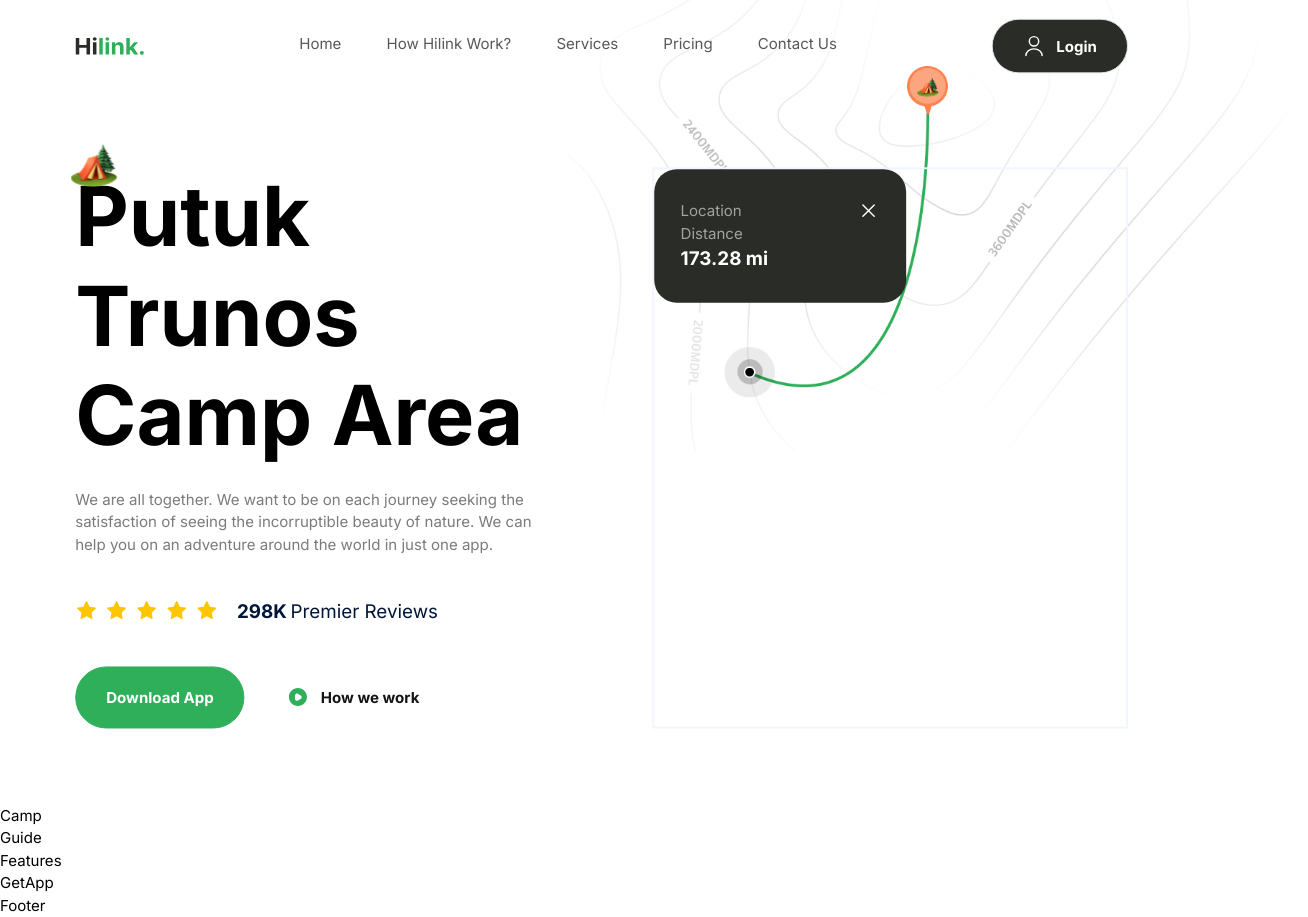
Repository: SouthpawC0der/Modern-reactsite
Page: /
An editor plug-in stored every save of this project. The page is shown before and after the next save, followed by the edit.
The browser window is 1280 px wide. The page is 1392 px wide, so the pictures cover 1392 px, including what lies to the right of the window. The pictures show the whole page, at 94% of full size.
The project was rebuilt for these pictures with package versions that can differ from the ones it lists, and the page was loaded fresh each time. The framework's server and built-in components were replaced by stand-ins that run in the browser. Also part of the build but not shown: next.config.ts.

Above is the page before, as saved 2025-01-30 11:56:10.

### app/layout.tsx
import type { Metadata } from "next";
import "./globals.css";
import Navbar from "@/components/Navbar";
import Footer from "@/components/Footer";

export default function RootLayout({
  children,
}: Readonly<{
  children: React.ReactNode;
}>) {
  return (
    <html lang="en">
      <body>
        <Navbar />
        <main className="relative-overflow-hidden">
        {children}
        </main>
        <Footer />
      </body>
    </html>
  );
}

### app/page.tsx
import Camp from "@/components/Camp";
import Features from "@/components/Features";
import GetApp from "@/components/GetApp";
import Guide from "@/components/Guide";
import Hero from "@/components/Hero";


export default function Home() {
  return (
    <>
    <Hero />
    <Camp />
    <Guide />
    <Features />
    <GetApp />
    </>
  );
}

### app/globals.css

@import url('https://fonts.googleapis.com/css2?family=Inter:wght@400;500;600;700;800&display=swap');

@tailwind base;
@tailwind components;
@tailwind utilities;

* {
  margin: 0;
  padding: 0;
  box-sizing: border-box;
}

body {
  font-family: Inter;
}

@layer utilities {
  .btn_white {
    @apply  border-white bg-white px-8 py-3 text-green-50
  }
  .btn_white_text  {
    @apply  border-white bg-white px-8 py-3 text-gray-90
  }
  .btn_green  {
    @apply  border-green-50 bg-green-50 px-8 py-5 text-white
  }
  .btn_dark_green {
    @apply  bg-green-90 px-8 py-4 text-white transition-all hover:bg-black
  }
  .btn_dark_green_outline  {
    @apply border-gray-20 bg-green-90 px-8 py-5 text-white
  }

  .max-container {
    @apply mx-auto max-w-[1440px];
  }

  .padding-container {
    @apply px-6 lg:px-20 3xl:px-0;
  }

  .flexCenter {
    @apply flex items-center justify-center;
  }

  .flexBetween {
    @apply flex items-center justify-between;
  }

  .flexStart {
    @apply flex items-center justify-start;
  }

  .flexEnd {
    @apply flex items-center justify-end;
  }

  /* FONTS */
  .regular-64 {
    @apply text-[64px] font-[400] leading-[120%];
  }

  .regular-40 {
    @apply text-[40px] font-[400] leading-[120%];
  }

  .regular-32 {
    @apply text-[32px] font-[400];
  }

  .regular-24 {
    @apply text-[24px] font-[400];
  }

  .regular-20 {
    @apply text-[20px] font-[400];
  }

  .regular-18 {
    @apply text-[18px] font-[400];
  }

  .regular-16 {
    @apply text-[16px] font-[400];
  }

  .regular-14 {
    @apply text-[14px] font-[400];
  }

  .medium-14 {
    @apply text-[14px] font-[600];
  }

  .bold-88 {
    @apply text-[88px] font-[700] leading-[120%];
  }

  .bold-64 {
    @apply text-[64px] font-[700] leading-[120%];
  }

  .bold-52 {
    @apply text-[52px] font-[700] leading-[120%];
  }

  .bold-40 {
    @apply text-[40px] font-[700] leading-[120%];
  }

  .bold-32 {
    @apply text-[32px] font-[700] leading-[120%];
  }

  .bold-20 {
    @apply text-[20px] font-[700];
  }

  .bold-18 {
    @apply text-[18px] font-[700];
  }

  .bold-16 {
    @apply text-[16px] font-[700];
  }

  /* Hero */
  .hero-map {
    @apply absolute right-0 top-0 h-screen w-screen bg-pattern-2 bg-cover bg-center md:-right-28 xl:-top-60;
  }

  /* Camp */
  .camp-quote {
    @apply absolute -right-6 bottom-4 w-[140px] lg:bottom-10 xl:-right-8 xl:w-[186px] 3xl:right-0;
  }

  /* Feature */
  .feature-phone {
    @apply absolute top-[13%] z-10 hidden max-w-[1500px] rotate-[15deg] md:-left-16 lg:flex  3xl:left-20;
  }

  /* Get App */
  .get-app {
    @apply max-container relative flex w-full  flex-col justify-between gap-32 overflow-hidden bg-green-90 bg-pattern bg-cover bg-center bg-no-repeat px-6 py-12 text-white sm:flex-row sm:gap-12 sm:py-24 lg:px-20 xl:max-h-[598px] 2xl:rounded-5xl;
  }
}

/* Hide scrollbar for Chrome, Safari and Opera */
.hide-scrollbar::-webkit-scrollbar {
  display: none;
}

/* Hide scrollbar for IE, Edge and Firefox */
.hide-scrollbar {
  -ms-overflow-style: none; /* IE and Edge */
  scrollbar-width: none; /* Firefox */
}

### components/Navbar.tsx
import { NAV_LINKS } from '@/constants'
import Image from 'next/image'
import Link from 'next/link'
import React from 'react'
import Button from './Button'

const Navbar = () => {
  return (
    <nav className='flexBetween max-container padding-container relative z-30 py-5'>
        <Link href="/">
          <Image src="/hilink-logo.svg" alt='logo' width={74} height={29} />
        </Link>

          <ul className='hidden h-full gap-12 lg:flex'>
             {NAV_LINKS.map((link) => (
                <Link href={link.href} key={link.key}
                className='regular-16 text-gray-50 flexCenter cursor-pointer pb-1.5 transition-all hover:font-bold'
                >
                    {link.label}
                </Link>
             ))}
          </ul>

          <div className='lg:flexCenter hidden'>
            <Button
            type='button'
            title='Login'
            icon='/user.svg'
            variant='btn_dark_green'
            />
          </div>

          <Image
          src='menu.svg'
          alt='menu'
          width={32}
          height={32}
          className='inline-block cursor-pointer lg:hidden'
          />
    </nav>
  )
}


export default Navbar

### components/Hero.tsx
import Image from 'next/image'
import React from 'react'
import Button from './Button'

const Hero = () => {
  return (
    <section className='max-container padding-container flex flex-col gap-20 py-10 pb-32 md:gap-28
     lg:py-20 xl:flex-row '>
        <div className='hero-map' />

        <div className='relative z-10 flex flex-1 flex-col xl:w-1/2'>
            <Image
            src='/camp.svg'
            alt='camp'
            width={50}
            height={50}
            className='absolute left-[-5px] top-[-30px] w-10 lg:w-[50px]'
             />
             <h1 className='bold-32 lg:bold-88'>Putuk Trunos Camp Area</h1>
             <p className='regular-16 mt-6 text-gray-30 xl:max-[520px]'>
                We are all together. We want to be on each journey seeking the
                satisfaction of seeing the incorruptible beauty of nature. We can
                help you on an adventure around the world in just one app.
             </p>

             <div className='my-11 flex flex-wrap gap-5'>
                <div className='flex items-center gap-2'>
                    {Array(5).fill(1).map((_, index) => (
                        <Image
                        src='/star.svg'
                        key={index}
                        alt='star'
                        width={24}
                        height={24}
                        />
                    ))}
                </div>
                <p className='bold-16 lg:bold-20 text-blue-70'>
                    298K
                    <span className='regular-16 lg:regular-20 ml-1'>Premier Reviews</span>
                </p>
             </div>
             <div className='flex flex-col w-full gap-3 sm:flex-row'>
                    <Button
                    type='button'
                    title='Download App'
                    variant='btn_green'
                    />
                    <Button
                    type='button'
                    title='How we work'
                    icon='/play.svg'
                    variant='btn_white_text'
                    />
             </div>
        </div>

        <div className='relative flex flex-1 items-start border-2 border-blue-50'>
           <div className='relative z-20 w-[268px] flex-col gap-8 rounded-3xl bg-green-90 px-7 py-8'>
            <div className='flex flex-col'>
                <div className='flexBetween'>
                    <p className='regular-16 text-gray-20'>Location</p>
                        <Image
                          src='/close.svg'
                          alt='close'
                          width={24}
                          height={24}
                        />
                </div>

                <div className='flexBetween'>
                    <div className='flex flex-col'>
                        <p className='regular-16 block text-gray-20'>Distance</p>
                        <p className='bold-20 text-white'>173.28 mi</p>
                    </div>
                </div>
            </div>
            </div>
        </div>
    </section>
  )
}

export default Hero

### components/Button.tsx
import Image from 'next/image';
import React from 'react'

type ButtonProps = {
    type: 'button' | 'submit';
    title: string;
    icon?: string,
    variant: string
}

const Button = ( {type, title, icon, variant }: ButtonProps) => {
  return (
    <button
    className={`flexCenter gap-3 rounded-full border ${variant}`}
    type={type}

    >
        {icon && <Image src={icon} alt={title} width={24} height={24} />}
        <label className='bold-16 whitespace-nowrap'>{title}</label>
    </button>
  )
}

export default Button

Loaded but not shown: components/Footer.tsx (common file); components/Camp.tsx (common file); components/Features.tsx (common file); components/GetApp.tsx (common file); components/Guide.tsx (common file); constants/index.ts (common file); tailwind.config.ts (common file)

After the next save:
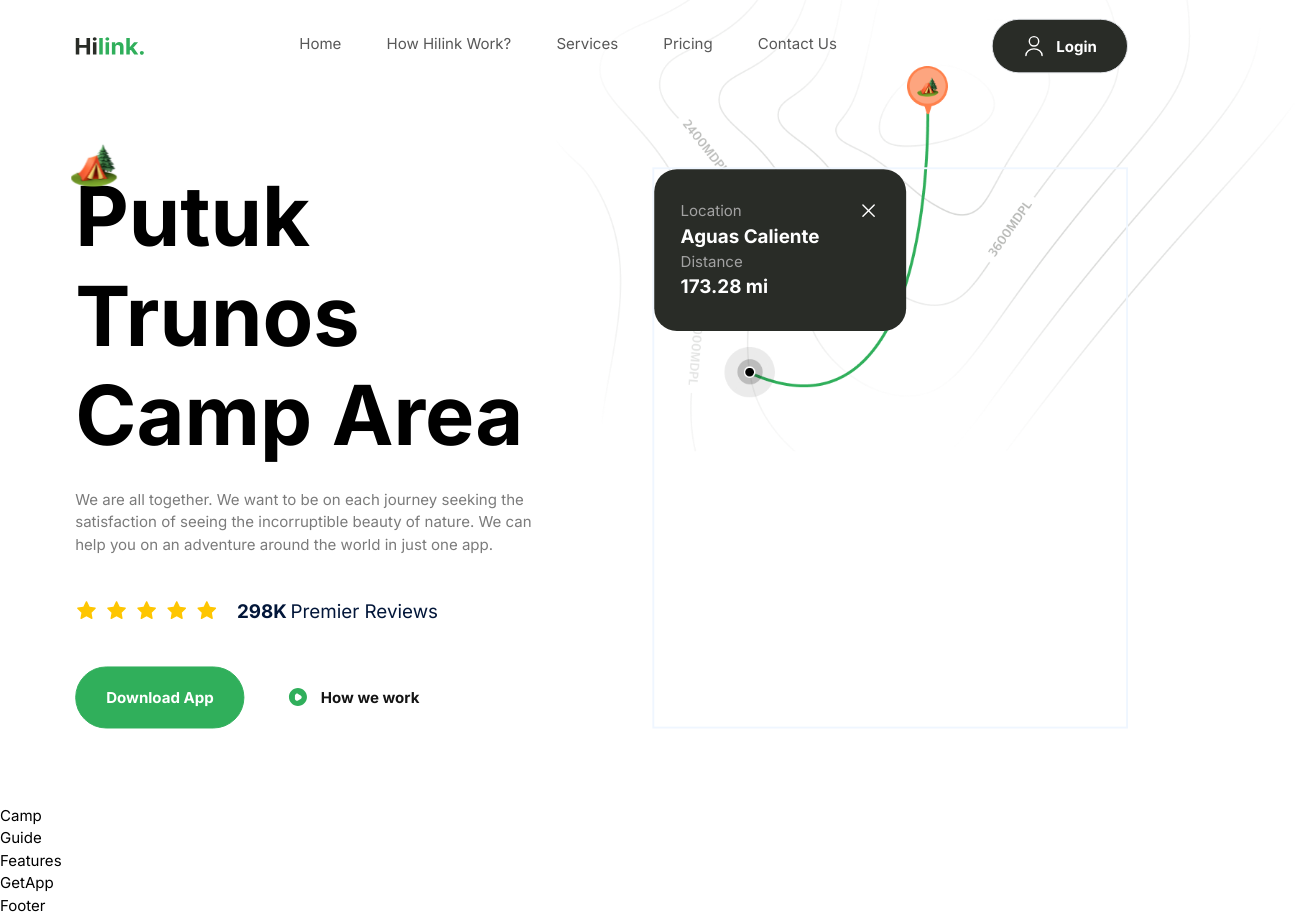
Saved 43 s later.
--- a/components/Hero.tsx
+++ b/components/Hero.tsx
@@ -67,6 +67,7 @@ const Hero = () => {
                           height={24}
                         />
                 </div>
+                <p className='bold-20 text-white'>Aguas Caliente</p>
 
                 <div className='flexBetween'>
                     <div className='flex flex-col'>
